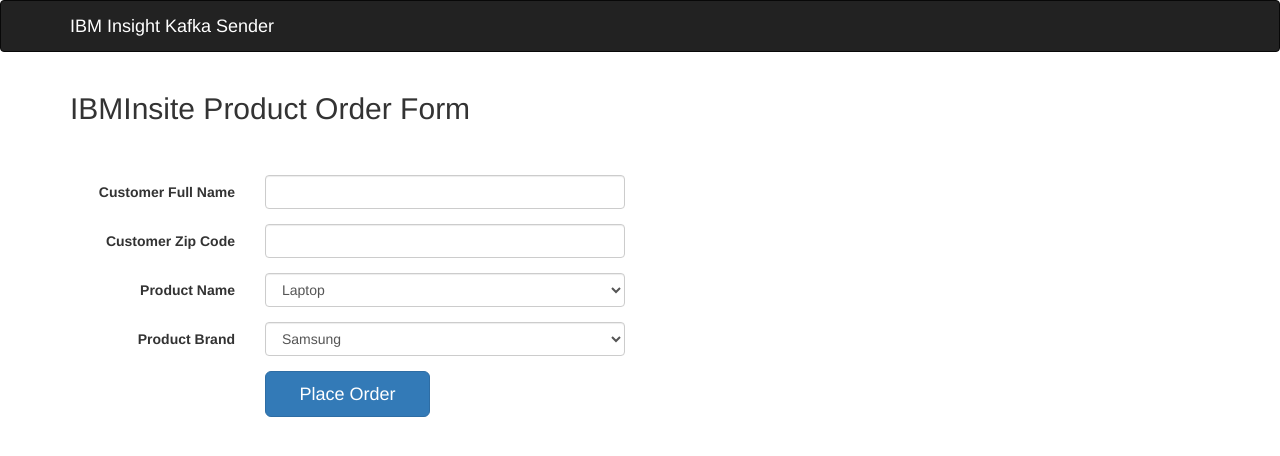
Repository: anandaksh/Spark-Kafka-Spring
Page: http://localhost/SparkKafkaProducer/WEB-INF/jsp/Registration.jsp
The author's editor kept a copy of each file at every save. The page is drawn from the files as they stood at one save, then again after the next save.
The browser window is 1280 px wide. The pictures show the whole page.
Some web libraries are served in a nearby version. The page is served by Tomcat 9. Nobody is signed in. Other server files are loaded and not shown. The template is opened directly, without the code that normally fills it, so the values that code supplies are empty.

Above is the page before, as saved 2017-07-06 12:56:16.

### SparkKafkaProducer/src/main/webapp/WEB-INF/jsp/Registration.jsp
<%@ taglib prefix="c" uri="http://java.sun.com/jsp/jstl/core"%>
<!DOCTYPE html>
<html>
<head>
	<title>IBM Insight</title>
	<meta http-equiv="Content-Type" content="text/html; charset=UTF-8" />
	<c:set var="contextPath" value="${pageContext.request.contextPath}" />
	<script>
		document.write('<link rel="stylesheet" href="https://maxcdn.bootstrapcdn.com/bootstrap/3.3.7/css/bootstrap.min.css" type="text/css" />');
	</script>
	<script src="https://ajax.googleapis.com/ajax/libs/jquery/3.2.1/jquery.min.js"></script>
	<script src="https://maxcdn.bootstrapcdn.com/bootstrap/3.3.7/js/bootstrap.min.js"></script>
</head>
<body>

	<nav class="navbar navbar-inverse">
		<div class="container">
			<div class="navbar-header">
				<a class="navbar-brand" href="#" style="color: white">IBM Insight Kafka Sender</a>
			</div>
		</div>
	</nav>

	<div class="container">

		<div class="starter-template">
			<h2>IBMInsite Product Order Form</h2><br>

			<div id="feedback"></div><br>

			<form class="form-horizontal" id="order-form" action="#">
				<div class="form-group">
					<label class="col-sm-2 control-label">Customer Full Name</label>
					<div class="col-sm-4">
						<input type="text" class="form-control" id="customerfullname" name="customerfullname" maxlength="60" required="required"/>
					</div>
					<div class='clearfix'></div>
				</div>
				<div class="form-group">
					<label class="col-sm-2 control-label">Customer Zip Code</label>
					<div class="col-sm-4">
						<input type="text" class="form-control" id="customerzip" name="customerzip" maxlength="5" onkeypress='return event.charCode >= 48 && event.charCode <= 57' required="required"/>
					</div>
					<div class='clearfix'></div>
				</div>

				<div class="form-group">
					<label class="col-sm-2 control-label">Product Name</label>
					<div class="col-sm-4">
						<select class="form-control" id="productname" name="productname">
							<option value="laptop">Laptop</option>
							<option value="smartphone">Smartphone</option>
							<option value="tablet">Tablet</option>
						</select>
					</div>
					<div class='clearfix'></div>
				</div>
				<div class="form-group">
					<label class="col-sm-2 control-label">Product Brand</label>
					<div class="col-sm-4">
						<select class="form-control" id="productbrand" name="productbrand">
							<option value="samsung">Samsung</option>
							<option value="apple">Apple</option>
							<option value="sony">Sony</option>
							<option value="dell">Dell</option>
							<option value="asus">Asus</option>
							<option value="hp">HP</option>
						</select>
					</div>
				</div>

				<div class="form-group">
					<div class="col-sm-offset-2 col-sm-2">
						<button type="submit" id="btn-order"
							class="btn btn-primary btn-lg btn-block">Place Order</button>
					</div>
				</div>
			</form>

		</div>

	</div>

	<!-- 	<div class="container">
		<footer>
			<p>
				© <a href="http://www.ibm.com">IBM Adopt Team</a> 2017
			</p>
		</footer>
	</div>

 -->
	<script>
		document.write('<script src="${contextPath}/js/main.js?dev=' + Math.floor(Math.random() * 100) + '"\><\/script>');
	</script>

</body>
</html>

### SparkKafkaProducer/src/main/resources/static/js/main.js
$(document).ready(function () {

    $("#order-form").submit(function (event) {
        event.preventDefault();
        fire_ajax_submit();
    });

});

function fire_ajax_submit() {

    var orderData = {};
    orderData["productname"] = $("#productname").val();
    orderData["productbrand"] = $("#productbrand").val();

    $.map($("#order-form").serializeArray(), function(n, i) {
    	orderData[n['name']] = n['value'];
    });

    console.log(JSON.stringify(orderData));
    $("#btn-order").prop("disabled", true);

    $.ajax({
        type: "POST",
        contentType: "application/json",
        url: "placeOrder",
        data: JSON.stringify(orderData),
        dataType: 'json',
        cache: false,
        timeout: 600000,
        success: function (data) {
            $('#feedback').html("<div class='alert alert-success alert-dismissable'>" +
            		"<a href='#' class='close' data-dismiss='alert' aria-label='close'>x</a>" +
            		"<strong>Success!</strong>Order has been submitted successfully" +
            		"</div>");
            $("#btn-order").prop("disabled", false);
        },
        error: function (e) {
            $('#feedback').html("<div class='alert alert-success alert-dismissable'>" +
            		"<a href='#' class='close' data-dismiss='alert' aria-label='close'>x</a>" +
            		"<strong>Failure!</strong>There was some error while submitting the Order. Please try again at later time" +
            		"</div>");
            $("#btn-order").prop("disabled", false);
        }
    });
}

After the next save:
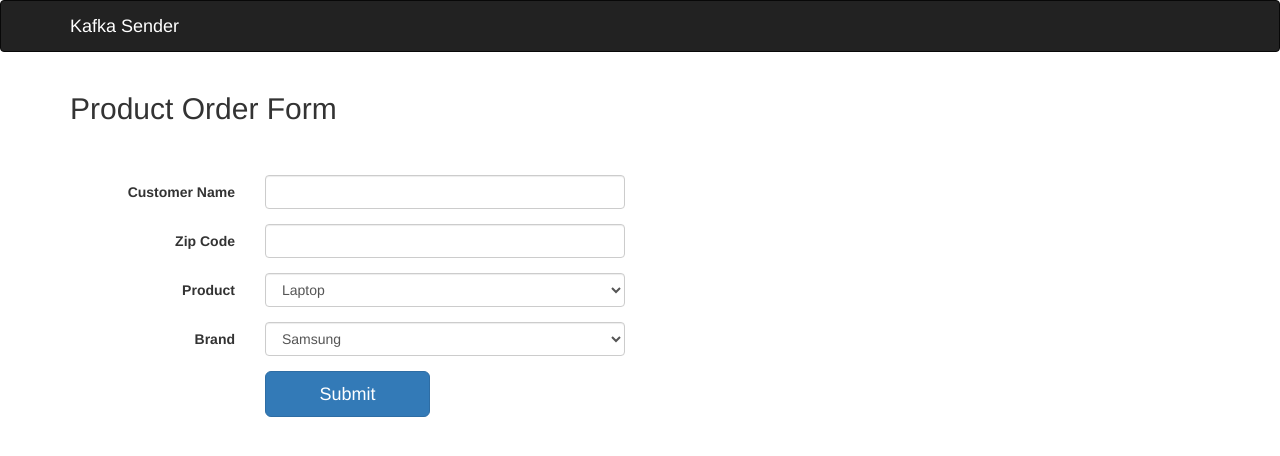
Saved 88 min 41 s later.
--- a/SparkKafkaProducer/src/main/webapp/WEB-INF/jsp/Registration.jsp
+++ b/SparkKafkaProducer/src/main/webapp/WEB-INF/jsp/Registration.jsp
@@ -2,7 +2,7 @@
 <!DOCTYPE html>
 <html>
 <head>
-	<title>IBM Insight</title>
+	<title>Product Order</title>
 	<meta http-equiv="Content-Type" content="text/html; charset=UTF-8" />
 	<c:set var="contextPath" value="${pageContext.request.contextPath}" />
 	<script>
@@ -16,7 +16,7 @@
 	<nav class="navbar navbar-inverse">
 		<div class="container">
 			<div class="navbar-header">
-				<a class="navbar-brand" href="#" style="color: white">IBM Insight Kafka Sender</a>
+				<a class="navbar-brand" href="#" style="color: white">Kafka Sender</a>
 			</div>
 		</div>
 	</nav>
@@ -24,20 +24,20 @@
 	<div class="container">
 
 		<div class="starter-template">
-			<h2>IBMInsite Product Order Form</h2><br>
+			<h2>Product Order Form</h2><br>
 
 			<div id="feedback"></div><br>
 
 			<form class="form-horizontal" id="order-form" action="#">
 				<div class="form-group">
-					<label class="col-sm-2 control-label">Customer Full Name</label>
+					<label class="col-sm-2 control-label">Customer Name</label>
 					<div class="col-sm-4">
 						<input type="text" class="form-control" id="customerfullname" name="customerfullname" maxlength="60" required="required"/>
 					</div>
 					<div class='clearfix'></div>
 				</div>
 				<div class="form-group">
-					<label class="col-sm-2 control-label">Customer Zip Code</label>
+					<label class="col-sm-2 control-label">Zip Code</label>
 					<div class="col-sm-4">
 						<input type="text" class="form-control" id="customerzip" name="customerzip" maxlength="5" onkeypress='return event.charCode >= 48 && event.charCode <= 57' required="required"/>
 					</div>
@@ -45,7 +45,7 @@
 				</div>
 
 				<div class="form-group">
-					<label class="col-sm-2 control-label">Product Name</label>
+					<label class="col-sm-2 control-label">Product</label>
 					<div class="col-sm-4">
 						<select class="form-control" id="productname" name="productname">
 							<option value="laptop">Laptop</option>
@@ -56,7 +56,7 @@
 					<div class='clearfix'></div>
 				</div>
 				<div class="form-group">
-					<label class="col-sm-2 control-label">Product Brand</label>
+					<label class="col-sm-2 control-label">Brand</label>
 					<div class="col-sm-4">
 						<select class="form-control" id="productbrand" name="productbrand">
 							<option value="samsung">Samsung</option>
@@ -72,7 +72,7 @@
 				<div class="form-group">
 					<div class="col-sm-offset-2 col-sm-2">
 						<button type="submit" id="btn-order"
-							class="btn btn-primary btn-lg btn-block">Place Order</button>
+							class="btn btn-primary btn-lg btn-block">Submit</button>
 					</div>
 				</div>
 			</form>
